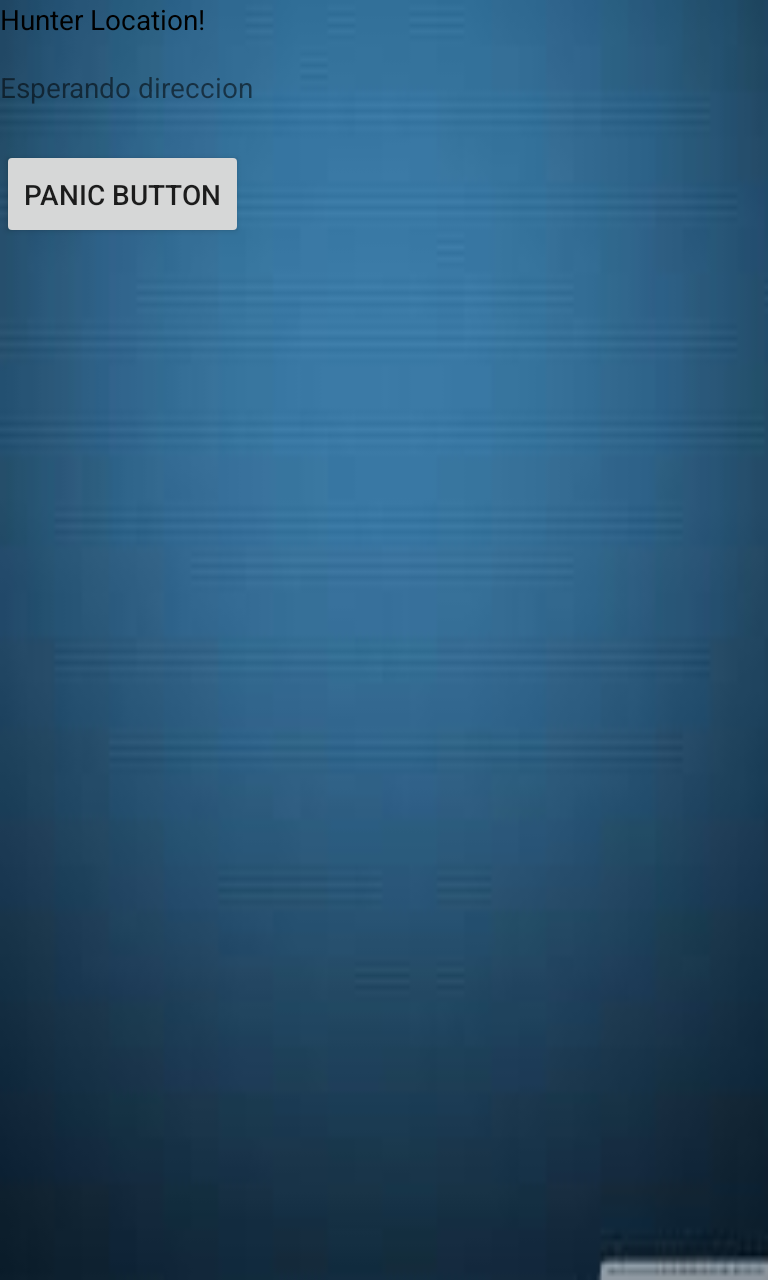
Repository: aludena18/android_apps
Layout: AlarmServiceLocation/res/layout/activity_main.xml
An editor plug-in stored every save of this project. The layout is shown before and after the next save, followed by the edit.
It is drawn on a 768 x 1280 px phone screen (xhdpi) without system bars, with theme AppTheme; the app's code is not run.

Above is the layout before, as saved 2015-07-20 14:45:29.

### AlarmServiceLocation/res/layout/activity_main.xml
<LinearLayout xmlns:android="http://schemas.android.com/apk/res/android"
    xmlns:tools="http://schemas.android.com/tools"
    android:layout_width="match_parent"
    android:layout_height="match_parent"
    android:orientation="vertical"
    android:background="@drawable/fondo1"
    tools:context="com.alg.alarmservicelocation.MainActivity" >

    <TextView
        android:layout_width="wrap_content"
        android:layout_height="wrap_content"
        android:textColor="#000000"
        android:text="@string/hello_world" />

    <LinearLayout
        android:layout_width="wrap_content"
        android:layout_height="wrap_content"
        android:orientation="horizontal" >

        <TextView
            android:id="@+id/txvDireccion"
            android:layout_width="wrap_content"
            android:layout_height="wrap_content"
            android:layout_marginTop="15dp"
            android:text="@string/etqTxvDireccion" />
    </LinearLayout>

    <LinearLayout
        android:paddingTop="20dp"
        android:layout_width="wrap_content"
        android:layout_height="wrap_content"
        android:orientation="horizontal" >
        <Button
            android:id="@+id/btnPanic"
            android:layout_width="wrap_content"
            android:layout_height="wrap_content"
            android:text="@string/etqBtnPanic" />
    </LinearLayout>

</LinearLayout>

### AlarmServiceLocation/res/values/strings.xml
<?xml version="1.0" encoding="utf-8"?>
<resources>

    <string name="app_name">Alarm Service Location</string>
    <string name="hello_world">Hunter Location!</string>
    <string name="action_settings">Settings</string>

    <string name="etqBtnPanic">Panic Button</string>
    <string name="etqTxvDireccion">Esperando direccion</string>

</resources>

Loaded but not shown: AlarmServiceLocation/res/values/styles.xml (common file); AlarmServiceLocation/res/values-v11/styles.xml (common file); AlarmServiceLocation/res/values-v14/styles.xml (common file)

After the next save:
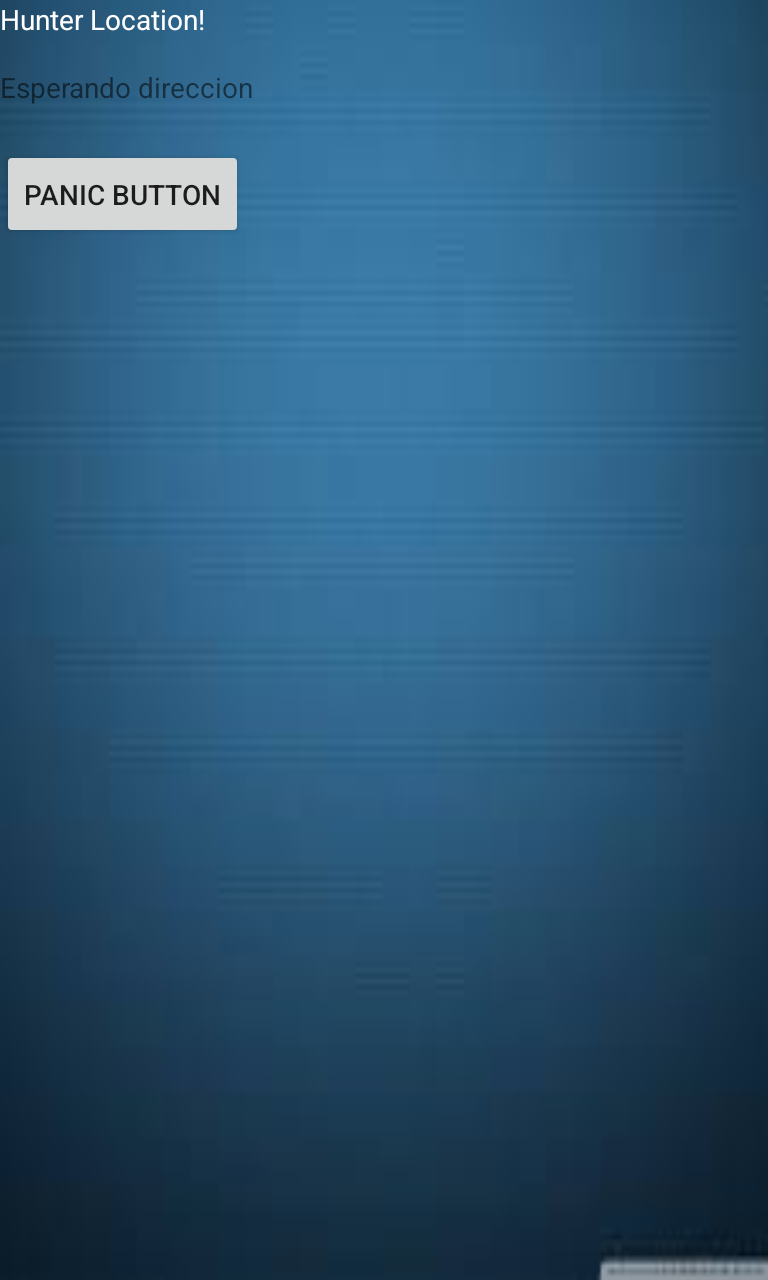
Saved 3 min 22 s later.
--- a/AlarmServiceLocation/res/layout/activity_main.xml
+++ b/AlarmServiceLocation/res/layout/activity_main.xml
@@ -9,7 +9,7 @@
     <TextView
         android:layout_width="wrap_content"
         android:layout_height="wrap_content"
-        android:textColor="#000000"
+        android:textColor="#ffffff"
         android:text="@string/hello_world" />
 
     <LinearLayout
